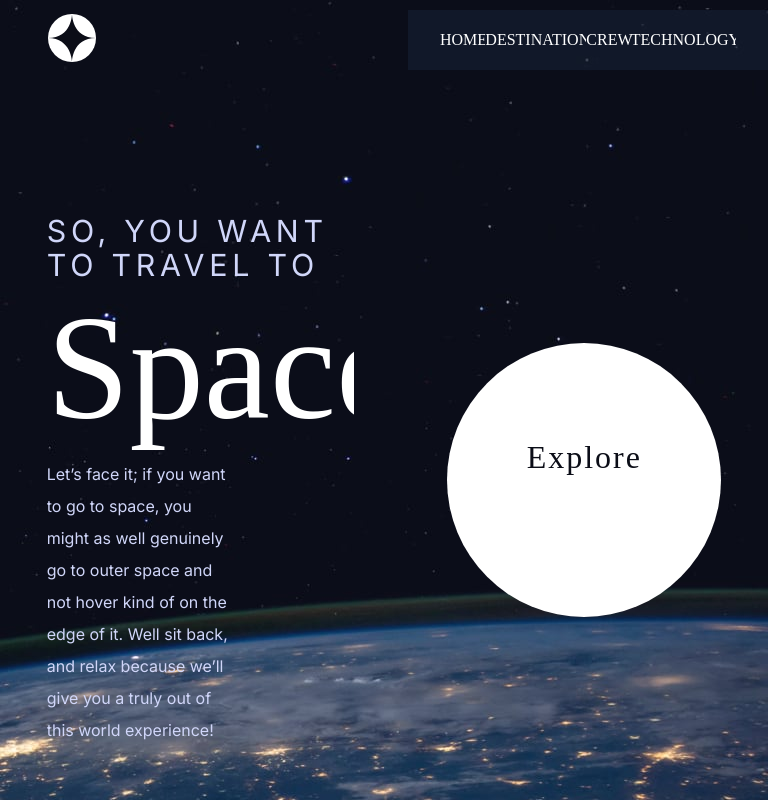
Repository: nilesjamex/space
Page: /
An editor plug-in stored every save of this project. The page is shown before and after the next save, followed by the edit.
The browser window is 768 px wide. The pictures show the whole page.
Some web fonts or font styles are not loaded; a fallback is used. Some web libraries are served in a nearby version. The project was rebuilt for these pictures with package versions that can differ from the ones it lists, and the page was loaded fresh each time. The framework's server and built-in components were replaced by stand-ins that run in the browser. Also part of the build but not shown: next.config.js.

Above is the page before, as saved 2022-01-08 04:02:27.

### pages/_document.js
import Document, { Html, Head, Main, NextScript } from 'next/document'

class MyDocument extends Document {
  render() {
    return (
      <Html>
        <Head>
          <link rel="preconnect" href="https://fonts.googleapis.com" />
<link rel="preconnect" href="https://fonts.gstatic.com" crossOrigin />
<link href="https://fonts.googleapis.com/css2?family=Bellefair&display=swap" rel="stylesheet" />
        <link rel="preconnect" href="https://fonts.googleapis.com" />
<link rel="preconnect" href="https://fonts.gstatic.com" crossOrigin />
<link href="https://fonts.googleapis.com/css2?family=Barlow+Condensed:ital,wght@0,100;0,300;0,400;1,100&family=Inter&display=swap" rel="stylesheet" />
        </Head>
        <body>
          <Main />
          <NextScript />
        </body>
      </Html>
    )
  }
}

export default MyDocument

### pages/index.js
import Head from 'next/head';
import styles from '../styles/Home.module.css';
import Nav from "../Layout/Nav";
import Homee from './../Components/Home.js';

export default function Home() {
  return (
    <div className={styles.container}>
      <Head>
        <title>Create Next App</title>
        <meta name="description" content="Generated by create next app" />
        <link rel="icon" href="/favicon.ico" />
        <link rel="stylesheet" type="text/css" charset="UTF-8" href="https://cdnjs.cloudflare.com/ajax/libs/slick-carousel/1.6.0/slick.min.css" />
<link rel="stylesheet" type="text/css" href="https://cdnjs.cloudflare.com/ajax/libs/slick-carousel/1.6.0/slick-theme.min.css" />
      </Head>

      <main className={styles.main}>
       <Homee />
      </main>
    </div>
  )
}

### styles/globals.css
a {
  color: inherit;
  text-decoration: none;
}

*{
  margin: 0;
  padding: 0;
  box-sizing: border-box;
  max-width: 100%;
  max-height: 100vh;
  overflow-y: hidden;
}

li {
  list-style: none;
  cursor: pointer;
}

### styles/Home.module.css
.main {

}

### Layout/Nav.js
import React from 'react';
import styles from './nav.module.css';
import Link from 'next/link'

const Nav = ({children}) => {
    return (
       <div className={styles.navBody}>
        <nav className={styles.nav}>
         <div>
            <svg width="48" height="48" viewBox="0 0 48 48" fill="none" xmlns="http://www.w3.org/2000/svg">
<circle cx="24" cy="24" r="24" fill="white"/>
<path fillRule="evenodd" clipRule="evenodd" d="M24 0C24 0 24 24 0 24C23.5776 24.1714 24 48 24 48C24 48 24 24 48 24C24 24 24 0 24 0Z" fill="#0B0D17" />
</svg>
  </div>

<ul className={styles.ul}>
<li><Link href="/"> HOME </Link></li>
<li><Link href="/Destinations">DESTINATION </Link></li>
<li><Link href="/Crew">CREW</Link></li>
<li><Link href="/Technology">TECHNOLOGY</Link></li>
</ul>
        </nav>
      <div className={styles.mainBody}> {children} </div>
</div>
    )
}

export default Nav

### Components/Home.js
import React from 'react';
import Styles from './home.module.css';
import Nav from './../Layout/Nav';

const Home = () => {
    return (
        <div className={Styles.Homes} >
        <div className={Styles.nav}>
        <Nav />
        </div>
        <div>
        <div className={Styles.Home}>
        <div className={Styles.HomeText}>
            <h3 className={Styles.HomeTextsub}>So, you want to travel to </h3>
  <h1 className={Styles.HomeTextspace}>Space</h1>
  <h3 className={Styles.HomeTextsubs}>Let’s face it; if you want to go to space, you might as well genuinely go to
  outer space and not hover kind of on the edge of it. Well sit back, and relax
  because we’ll give you a truly out of this world experience! </h3>
  </div>
<div className={Styles.Explore}>
  <h2 className={Styles.ExploreText}>Explore</h2>
  </div>
  </div>
        </div>
        </div>
    )
}

export default Home

### Layout/nav.module.css
.nav {
    display: flex;
    justify-content: space-between;
    align-items: center;
    padding-left: 3rem;
    width: 100%;
    height: 10vh;

}

.ul {
    display: flex;
    width: 50%;
    justify-content: space-between;
    align-items: center;
    color: #fff;
    background-color: rgba(24, 36, 59, 0.5);
    height: 60px;
    padding: 0 2rem;

}

.navBody {
    height: 100%;
}

### Components/home.module.css
.Homes {
    background: url('../public/assets/home/background-home-desktop.jpg');
    background-size: cover;
    height: 100%;
}
.Home{
    display: flex;
    align-items: center;
    justify-content: space-around;
    height: 100vh;
    }
.HomeText {
    width: 40%;
}
.HomeTextsub {
    font-family: 'Barlow Condensed', sans-serif;
    font-family: 'Inter', sans-serif;
    font-style: normal;
    font-weight: normal;
    font-size: 1.9rem;
    line-height: 34px;
    letter-spacing: 4.725px;
    text-transform: uppercase;
    color: #D0D6F9;
}
.HomeTextspace {
    font-family: "Bellefair", serif;
    font-style: normal;
    font-weight: normal;
    font-size: 9.3rem;
    line-height: 172px;
    color: #FFFFFF;
    display: block;
    width: 80;
}
.HomeTextsubs {
    font-family: 'Barlow Condensed', sans-serif;
    font-family: 'Inter', sans-serif;
    font-style: normal;
    font-weight: normal;
    font-size: 1rem;
    line-height: 32px;
    color: #D0D6F9;
    text-align: left;
    width: 60%;
    margin-top: 0.2rem;
}
.Explore {
    height: 274px;
    width: 274px;
    background-color: #fff;
    border-radius: 50%;
}
.ExploreText {
    text-align: center;
    display: flex;
    justify-content: center;
    align-items: center;
    margin: 6rem auto;
    font-family: 'Bellefair', serif;
    font-style: normal;
    font-weight: normal;
    font-size: 2rem;
    line-height: 37px;
    letter-spacing: 2px;
    color: #0B0D17;
}

@media screen and (max-width: 900px) {
    .Homes {
        background: url('../public/assets/home/background-home-tablet.jpg');
    }
}

Loaded but not shown: pages/_app.js (common file)

After the next save:
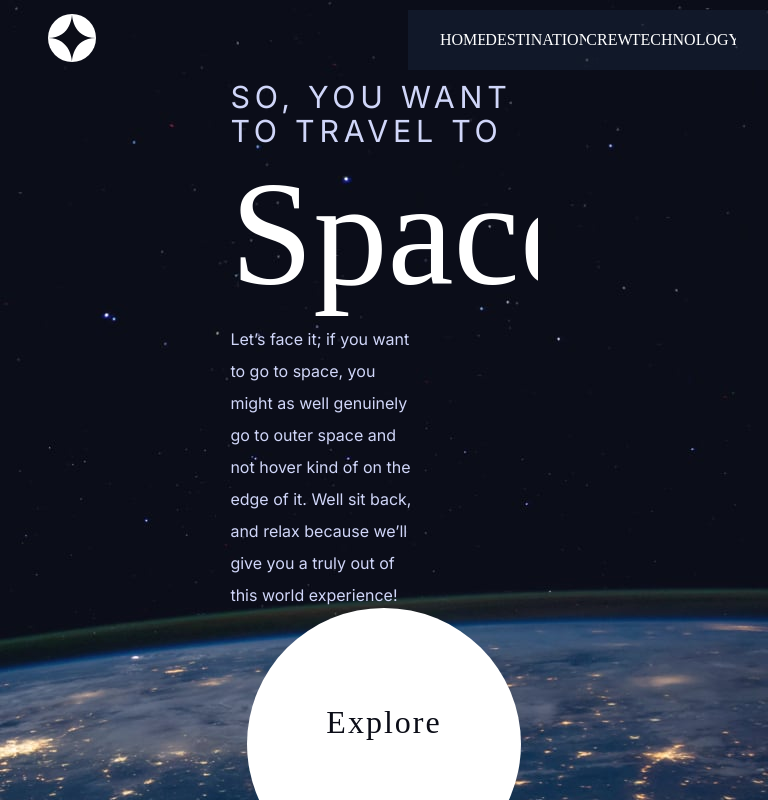
Saved 4 min 15 s later.
--- a/Components/home.module.css
+++ b/Components/home.module.css
@@ -70,4 +70,11 @@
     .Homes {
         background: url('../public/assets/home/background-home-tablet.jpg');
     }
+    .Home{
+        display: flex;
+        flex-direction: column;
+        }
+    .HomeTextsub {
+
+    }
 }
